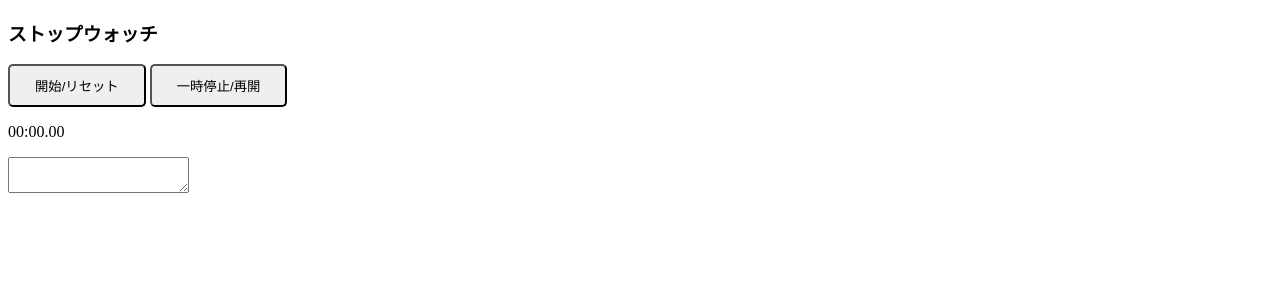
Repository: syokaturyou/potepan
Page: stop.html
The author's editor kept a record of every edit. The page is drawn from the files as they stood at one moment, then again after the next edit.
The browser window is 1280 px wide. The pictures show the whole page.

Above is the page before.
Console error: TypeError: Cannot read properties of null (reading 'addEventListener')

### stop.html
   <!DOCTYPE html>
    <html lang="en">
      <head>
        <meta charset="utf-8">
        <!--<script src="https://code.jquery.com/jquery-3.2.1.js" integrity="sha256-DZAnKJ/6XZ9si04Hgrsxu/8s717jcIzLy3oi35EouyE=" crossorigin="anonymous"></script>  -->
        <link rel="stylesheet" href="css/main.css">
        <title>ストップウォッチ</title>
        <script src="javascript/jquery.min.js"></script>
        <script type="text/javascript" src="javascript/main.js" charset="utf-8"></script>
      </head>

      <body>
        <h3>ストップウォッチ</h3>

       <table>
          <!--<tr>-->
          <!--  0:0:0:0-->
          <!--</tr>-->
          <!--<tr>-->
          <!--  <th><button class="buttona">スタート</button></th>-->
          <!--  <th><button class="buttonb">ストップ</button></th>-->
          <!--  <th><button class="buttonc">リセット</button></th>-->
          <!--</tr>-->
          <p><button id="start">開始/リセット</button>
             <button id="pause">一時停止/再開</button>
             <!--<button id="wrap">ラップ</button>-->
          </p>
          <p id="watchArea"></p>
          <textarea id="wrapArea"></textarea>
        </table>

      </body>
    </html>

### css/main.css
table{
  background-color: white;
}
 input {
  padding: 10px 25px;
  border-radius: 5px;
}
 button{
  padding: 10px 25px;
  border-radius: 5px;
 }

 .display {
  width: 250px;
  text-align: right; /* 文字を右詰めに */
  background: black;
  color: white;
}

### javascript/main.js

    //  function get_calc(btn) {
    //   if(btn.value == "=") {
    //     document.dentaku.display.value = eval(document.dentaku.display.value);
    //   } else if (btn.value == "AC") {
    //     document.dentaku.display.value = "";
    //   } else {
    //     document.dentaku.display.value += btn.value;
    //   }
    // };

    //   function get_calc(btn) {
    //   if(btn.value == "=") {
    //     document.dentaku.display.value = eval(document.dentaku.display.value);
    //   } else if (btn.value == "AC") {
    //     document.dentaku.display.value = "";
    //   } else {
    //     if (btn.value == "×") {
    //       btn.value = "*";
    //     } else if (btn.value == "÷") {
    //       btn.value = "/";
    //     }
    //     document.dentaku.display.value += btn.value;
    //     document.dentaku.multi_btn.value = "×";
    //     document.dentaku.div_btn.value = "÷";
    //   }
    // };

     // $(document).ready(function(){
  //     $(".button0").click(function() {
  //     let value = $(".button0").text(); //テキストを取得し変数に入れています
  //     $(".target").text(value); //テキストを変更する処理
  //     });

  //     $(".button1").click(function() {
  //     let value1 = 1;
  //     let value = value + value1
  //     $(".target").text(value);
  //     });

  //     $(".button2").click(function() {
  //     let value2 = 2;
  //     let value = value + value2
  //      $(".target").text(value);
  //     });

  //     $(".button3").click(function() {
  //     let value = 3;
  //      $(".target").text(value);
  //     });

  //     $(".button4").click(function() {
  //     let value = 4;
  //      $(".target").text(value);
  //     });

  //     $(".button5").click(function() {
  //     let value = $(".button5").number();
  //      $(".target").number(value);
  //     });

  //     $(".button6").click(function() {
  //     let value = $(".button6").text();
  //      $(".target").text(value);
  //     });

  //     $(".button7").click(function() {
  //     let value = $(".button7").text();
  //      $(".target").text(value);
  //     });

  //     $(".button8").click(function() {
  //     let value = $(".button8").text();
  //      $(".target").text(value);
  //     });

  //     $(".button9").click(function() {
  //     let value = $(".button9").text();
  //      $(".target").text(value);
  //     });

  //     $(".buttonreset").click(function() {
  //      $(".target").text(0);
  //     });

  // });

  function update( _v ) {
        document.querySelector( 'input' ).value = _v // input tag を更新する関数
    }
  function append( _v ) {
        document.querySelector( 'input' ).value += _v // 数字ボタンが押されたので数字を後ろに追加する
    }
  function calc() {
        const v = document.querySelector( 'input' ).value // 「＝」ボタンが押されたので計算する
    try {
        const f = new Function( 'return ' + v )
        update( f().toString() )
        } catch( _error ) {
          update( _error ) // 計算に失敗した場合は、そのエラーの内容を表示する
        }
    }




  "use strict";

window.addEventListener( "DOMContentLoaded" , ()=> {
    /**
     * @param watchCallBack 経過時間報告用コールバック
     * @param wrapCallBack ラップ報告用コールバック
     */
    const getStopWatch = function ( watchCallBack , wrapCallBack ){
        let accumulatedTime = 0,    // 積算時間
            currentTime=null,       // タイマー開示タイムスタンプ
            timerId=null;           // setInterval() の返り値

            // リセット処理
        const reset = () =>{
            timerOff(); accumulatedTime = 0; currentTime=null;
                // リセットされたことをnullで通知
            watchCallBack( null ); wrapCallBack ( null );
        };
            // 開始処理
        const start = () =>{ currentTime = Date.now();timerOn(); };
            // 一時停止処理
        const pause = () =>{
                // これまでの経過時間を退避
            accumulatedTime = getNowTime();
            timerOff();
            currentTime = null;
        };
            // 再開処理
        const resume = () =>start();
            // ラップ報告処理
        const wrap = () =>wrapCallBack( getNowTime() );
            // 経過時間の算出
        const getNowTime = () =>accumulatedTime + Date.now() - currentTime;

            // タイマー停止処理
        const timerOff = () => {
            if( timerId === null ) return;
            clearInterval(timerId);
            timerId = null;
        };
            // タイマー開始処理
        const timerOn = () => {
            if( timerId !== null ) clearTimeout(timerId);
            timerId = setInterval(()=>watchCallBack( getNowTime() ),10);
        };

        reset();

            // 必要な機能だけ返す
        return Object.freeze({
            start:()=> currentTime === null && accumulatedTime === 0 ?   start()  : reset(),
            pause:()=> currentTime === null ? ( accumulatedTime === 0 ? false : resume() ) : pause(),
            wrap:()=> currentTime === null ?  false : wrap(),
        });
    };

        // ミリ秒を画面表示する形式に変換
    const timeString = time =>`${
        Math.floor(time / 60000).toString().padStart(2,"00")
    }:${
        Math.floor(time % 60000 / 1000).toString().padStart(2,"00")
    }.${
        Math.floor(time % 1000).toString().padStart(3,"000").slice(0,2)
    }`;

    const watchArea = document.getElementById("watchArea");
    const wrapArea = document.getElementById("wrapArea");

    const stopWatchObj = getStopWatch(
         time => watchArea.textContent = time === null ? "00:00.00" : timeString( time ) ,
         time => wrapArea.value = time === null ? "" : wrapArea.value + "\n" + timeString( time )
    );

    const buttonDefine = [
            { id:"start" , listener:()=>stopWatchObj.start() },
            { id:"pause" , listener:()=>stopWatchObj.pause() },
            { id:"wrap"  , listener:()=>stopWatchObj.wrap()  }
        ];
    buttonDefine.forEach( e => document.getElementById(e.id).addEventListener("click",e.listener));
});

### javascript/stop.js

 'use strict';
 (function(){
    // 'use strict';

    //htmlのidからデータを取得
    //取得したデータを変数に代入

    var timer = document.getElementById('timer');
    var start = document.getElementById('start');
    var stop = document.getElementById('stop');
    var reset = document.getElementById('reset');

    //クリック時の時間を保持するための変数定義
    var startTime;

    //経過時刻を更新するための変数。 初めはだから0で初期化
    var elapsedTime = 0;

    //タイマーを止めるにはclearTimeoutを使う必要があり、そのためにはclearTimeoutの引数に渡すためのタイマーのidが必要
    var timerId;

    //タイマーをストップ -> 再開させたら0になってしまうのを避けるための変数。
    var timeToadd = 0;


    //ミリ秒の表示ではなく、分とか秒に直すための関数, 他のところからも呼び出すので別関数として作る
    //計算方法として135200ミリ秒経過したとしてそれを分とか秒に直すと -> 02:15:200
    function updateTimetText(){

        //m(分) = 135200 / 60000ミリ秒で割った数の商　-> 2分
        var m = Math.floor(elapsedTime / 60000);

        //s(秒) = 135200 % 60000ミリ秒で / 1000 (ミリ秒なので1000で割ってやる) -> 15秒
        var s = Math.floor(elapsedTime % 60000 / 1000);

        //ms(ミリ秒) = 135200ミリ秒を % 1000ミリ秒で割った数の余り
        var ms = elapsedTime % 1000;


        //HTML 上で表示の際の桁数を固定する　例）3 => 03　、 12 -> 012
        //javascriptでは文字列数列を連結すると文字列になる
        //文字列の末尾2桁を表示したいのでsliceで負の値(-2)引数で渡してやる。
        m = ('0' + m).slice(-2);
        s = ('0' + s).slice(-2);
        ms = ('0' + ms).slice(-3);

        //HTMLのid　timer部分に表示させる
        timer.textContent = m + ':' + s + ':' + ms;
    }


    //再帰的に使える用の関数
    function countUp(){

        //timerId変数はsetTimeoutの返り値になるので代入する
        timerId = setTimeout(function(){

            //経過時刻は現在時刻をミリ秒で示すDate.now()からstartを押した時の時刻(startTime)を引く
            elapsedTime = Date.now() - startTime + timeToadd;
            updateTimetText()

            //countUp関数自身を呼ぶことで10ミリ秒毎に以下の計算を始める
            countUp();

        //1秒以下の時間を表示するために10ミリ秒後に始めるよう宣言
        },10);
    }

    //startボタンにクリック時のイベントを追加(タイマースタートイベント)
    start.addEventListener('click',function(){

        //在時刻を示すDate.nowを代入
        startTime = Date.now();

        //再帰的に使えるように関数を作る
        countUp();
    });

    //stopボタンにクリック時のイベントを追加(タイマーストップイベント)
    stop.addEventListener('click',function(){

        //タイマーを止めるにはclearTimeoutを使う必要があり、そのためにはclearTimeoutの引数に渡すためのタイマーのidが必要
       clearTimeout(timerId);


        //タイマーに表示される時間elapsedTimeが現在時刻かたスタートボタンを押した時刻を引いたものなので、
        //タイマーを再開させたら0になってしまう。elapsedTime = Date.now - startTime
        //それを回避するためには過去のスタート時間からストップ時間までの経過時間を足してあげなければならない。elapsedTime = Date.now - startTime + timeToadd (timeToadd = ストップを押した時刻(Date.now)から直近のスタート時刻(startTime)を引く)
       timeToadd += Date.now() - startTime;
    });

    //resetボタンにクリック時のイベントを追加(タイマーリセットイベント)
    reset.addEventListener('click',function(){

        //経過時刻を更新するための変数elapsedTimeを0にしてあげつつ、updateTimetTextで0になったタイムを表示。
        elapsedTime = 0;

        //リセット時に0に初期化したいのでリセットを押した際に0を代入してあげる
        timeToadd = 0;

        //updateTimetTextで0になったタイムを表示
        updateTimetText();

    });
})();

Loaded but not shown: javascript/jquery.min.js (library)

After the next edit:
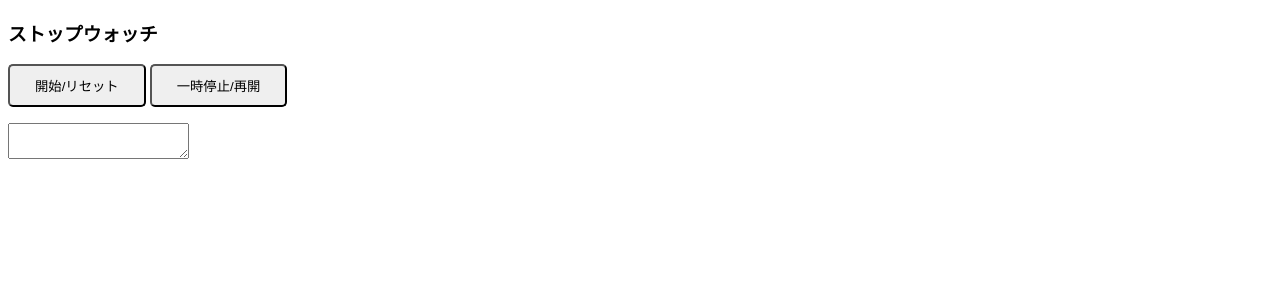
The edit:
--- a/stop.html
+++ b/stop.html
@@ -6,7 +6,7 @@
         <link rel="stylesheet" href="css/main.css">
         <title>ストップウォッチ</title>
         <script src="javascript/jquery.min.js"></script>
-        <script type="text/javascript" src="javascript/main.js" charset="utf-8"></script>
+        <script type="text/javascript" src="javascript/stop.js" charset="utf-8"></script>
       </head>
 
       <body>
